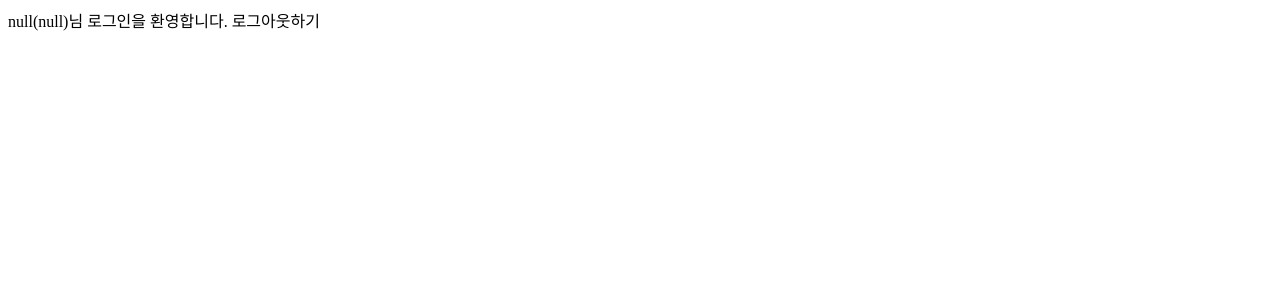
Repository: jjjjjjji-hun/jsp_practice
Page: http://localhost/JSPBasic/jspObject/5.session/session_welcome.jsp
The author's editor kept a copy of each file at every save. The page is drawn from the files as they stood at one save, then again after the next save.
The browser window is 1280 px wide. The pictures show the whole page.
The page is served by Tomcat 9.

Above is the page before, as saved 2022-02-08 02:27:31.

After the next save:
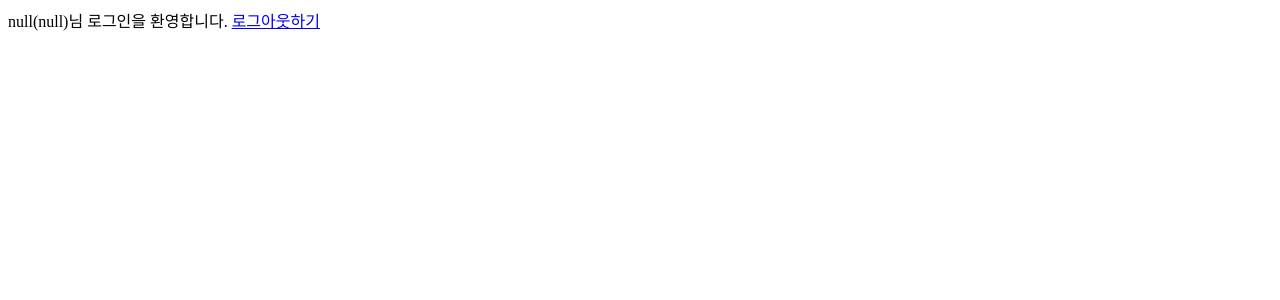
Saved 14 s later.
--- a/JSPBasic/src/main/webapp/jspObject/5.session/session_welcome.jsp
+++ b/JSPBasic/src/main/webapp/jspObject/5.session/session_welcome.jsp
@@ -13,6 +13,6 @@
 <title>로그인 성공</title>
 </head>
 <body>
-	<a herf="session_logout.jsp">로그아웃하기</a>
+	<a href="session_logout.jsp">로그아웃하기</a>
 </body>
 </html>
